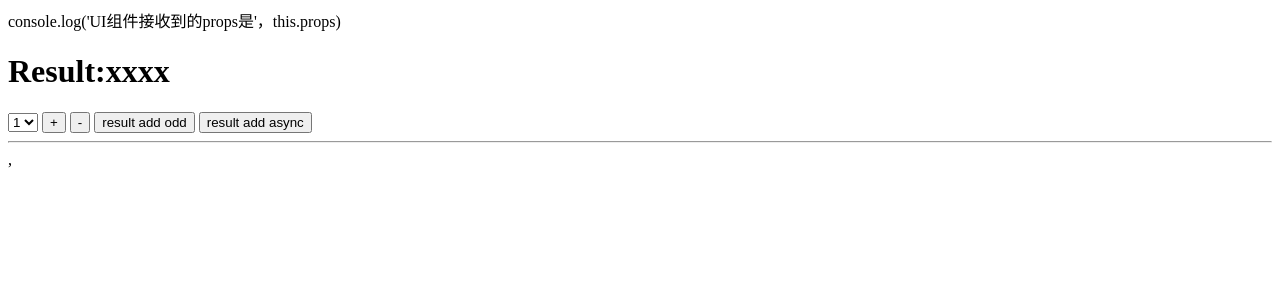
Repository: wenxi0504/React_redux220121
Page: / (app in redux_test/)
An editor plug-in stored every save of this project. The page is shown before and after the next save, followed by the edit.
The browser window is 1280 px wide. The pictures show the whole page.
The project was rebuilt for these pictures with package versions that can differ from the ones it lists, and the page was loaded fresh each time. Also part of the build but not shown: redux_test/src/component/Count/index.jsx.

Above is the page before, as saved 2022-01-27 20:09:28.

### redux_test/public/index.html
<!DOCTYPE html>
<html lang="en">
<head>
    <meta charset="UTF-8">
    <meta http-equiv="X-UA-Compatible" content="IE=edge">
    <meta name="viewport" content="width=device-width, initial-scale=1.0">
    <title>redux</title>
</head>
<body>
    <div id="root"></div>
</body>
</html>

### redux_test/src/index.js
import React from 'react'
import ReactDOM from 'react-dom'
import App from './App'
import store from'./redux/store'
import {Provider} from 'react-redux'

ReactDOM.render(
    <Provider store={store}>
        <App/>,
    </Provider>,
    document.getElementById('root')
    )

### redux_test/src/App.jsx
import React, { Component } from 'react';
import Count from './containers/Count'// container Count
import store from './redux/store'
import Person from './containers/Person'

export default class App extends Component {
  render() {
    return (<div>
      {/* 给容器组件传递store */}
        <Count store={store}/>
        <hr/>
        <Person/>
    </div>)
  }
}

### redux_test/src/redux/store.js
// this file is to expose a store object, the App only has one store object

//import createStore in order to create store object
import{createStore,applyMiddleware} from 'redux'
// import reducer
import countReducer from './reduces/counter_reducer'
//import redux-thunk , in order to support async action
import thunk from 'redux-thunk'


export default createStore(countReducer,applyMiddleware(thunk))

### redux_test/src/containers/Count/index.js
import CountUI from '../../component/Count'
import store from '../../redux/store'
//import connect to connect UI component and redux
import{connect} from 'react-redux'
//引入action
import {createIncrementAction,createDecrementAction,createIncrementAsyncAction} from '../../redux/counter_action'

import React, { Component } from 'react';


// define UI Component
class Count extends Component {
    state={carName:'Benz'}



    increment =()=>{
        const{value}=this.selectNumber
        this.props.jia(value*1)


    }
    decrement =()=>{
        const{value}=this.selectNumber
        this.props.jian(value*1)


    }
    incrementIfOdd =()=>{
        const{value}=this.selectNumber
        if(this.props.count %2 !==0){
            this.props.jia(value*1,500)

        }

    }
    incrementAsync =()=>{
        const{value}=this.selectNumber
        this.props.jiaAsync(value*1)
        //setTimeout(()=>{

    }
  render() {
    return <div>
        console.log('UI组件接收到的props是'，this.props)
        <h1>Result:xxxx </h1>
        <select ref={c=>this.selectNumber=c}>
        <option value="1">1</option>
        <option value="2">2</option>
        <option value="3">3</option>
        </select>&nbsp;
        <button onClick={this.increment}>+</button>&nbsp;
        <button onClick={this.decrement}>-</button>&nbsp;
        <button onClick={this.incrementIfOdd}>result add odd</button>&nbsp;
        <button onClick={this.incrementAsync}>result add async</button>
    </div>;
  }
}



//映射状态
//const mapStateToProps = state=>({count:state})

//映射操作状态的方法
// const mapDispatchToProps=dispatch =>(
//     {
//         jia:number=>dispatch(createIncrementAction(number)),
//         jian:number=>dispatch(createDecrementAction(number)),
//         jiaAsync:(number,time)=>dispatch(createIncrementAsyncAction(number,time))
//     }

// )






//use connect to create and export a container component for Count
// export default connect(
//     mapStateToProps,
//     mapDispatchToProps
//     )(CountUI)

export default connect(
    state=>({count:state}),
    //mapDispatchToProps 的一般写法
    // dispatch =>(
        //     {
        //         jia:number=>dispatch(createIncrementAction(number)),
        //         jian:number=>dispatch(createDecrementAction(number)),
        //         jiaAsync:(number,time)=>dispatch(createIncrementAsyncAction(number,time))
        //     }

        // )
        //精简版 redux 可以自动分发dispatch
        {
          jia: createIncrementAction,
          jian:createDecrementAction,
          jiaAsync :createIncrementAsyncAction,

        }



)(Count)

### redux_test/src/containers/Person/index.js
import React, { Component } from 'react';

export default class index extends Component {
  render() {
    return <div></div>;
  }
}

### redux_test/src/redux/reduces/counter_reducer.js
/*
1.this file is used to create a reducer in order to service
count component. reducer is a function
2. reducer pure function will receive two parameters, one is prestate,
and action object
*/


import {INCREMENT,DECREMENT} from '../constant'
//preState=initState is the default value of the paramet
const initState=0
export default function countReducer(preState=initState, action) {
    console.log(preState,action)
  if (preState === undefined) preState = 0;
  const { type, data } = action;
  switch (type) {
    case INCREMENT:
      return preState + data;
    case DECREMENT:
      return preState - data;
    //初始化
    default:
      return preState;
  }
}

### redux_test/src/redux/counter_action.js
// this file is used to create action object for Count component

import { INCREMENT,DECREMENT } from "./constant"
import store from './store'


 export function createIncrementAction(data){
return {type:INCREMENT,data}
}

//sync action, the value of the action is an object
export const createDecrementAction = data=>({type:DECREMENT,data})

// Async action , the value of action is a function. async action generally invoke sync action.
export const createIncrementAsyncAction=(data,time) =>{
    return ()=>{
     setTimeout(()=>{
        store.dispatch(createIncrementAction(data))

     },time)
  }
}

### redux_test/src/redux/constant.js
// define action object constant variable , in case spelling the wrong words

export const INCREMENT='increment'
export const DECREMENT='decrement'

After the next save:
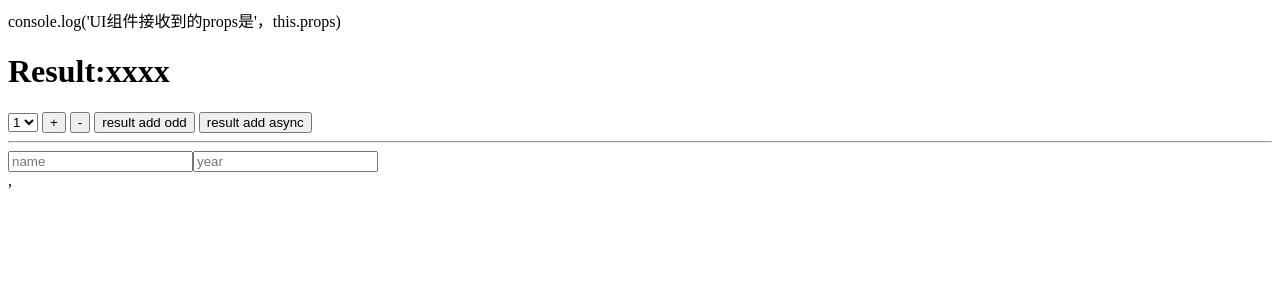
Saved 109 s later.
--- a/redux_test/src/containers/Person/index.js
+++ b/redux_test/src/containers/Person/index.js
@@ -2,6 +2,9 @@ import React, { Component } from 'react';
 
 export default class index extends Component {
   render() {
-    return <div></div>;
+    return <div>
+     <input type="text" placeholder="name"></input>
+     <input type="text" placeholder="year"></input>
+    </div>;
   }
 }
